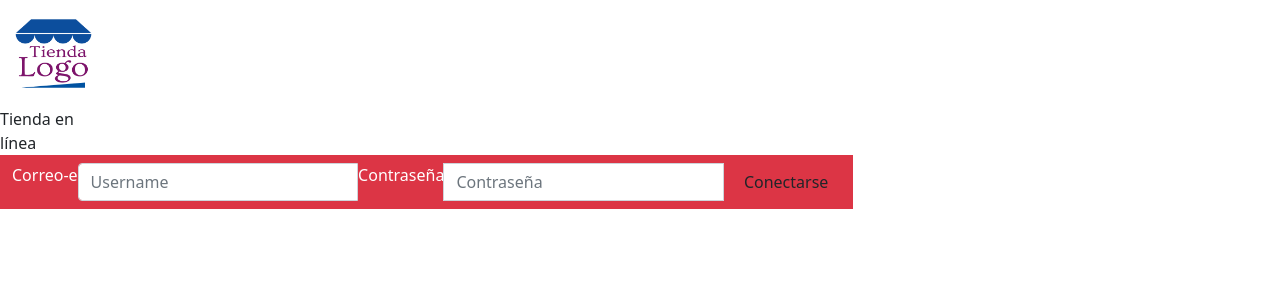
Repository: nicorp00/bootstrapSass
Page: Main/index.html
The author's editor kept a copy of each file at every save. The page is drawn from the files as they stood at one save, then again after the next save.
The browser window is 1280 px wide. The pictures show the whole page.
The style sheet was rebuilt from its Sass, Less or Tailwind sources for each picture, by a compiler version that may differ from the author's.

Above is the page before, as saved 2022-03-25 11:03:12.

### Main/index.html
<!DOCTYPE html>
<html lang="en">
<head>
    <meta charset="UTF-8">
    <meta http-equiv="X-UA-Compatible" content="IE=edge">
    <meta name="viewport" content="width=device-width, initial-scale=1.0">
    <title>Document</title>
    <link rel="stylesheet" href="css/style.css">
    <link rel="stylesheet" href="css/bootstrap.min.css">
</head>
<body>
    <section class="section__top">
        <div class="col-1">
            <img src="img/logo.png" class="img-fluid" alt="...">
            <span>Tienda en línea</span>
        </div>
        <div class="top-nav">
            <nav class="navbar navbar-danger bg-danger col-8">
                <form class="container-fluid">
                  <div class="input-group">
                    <!--<span class="input-group-text" id="basic-addon1">@</span>-->
                    Correo-e<input type="text" class="form-control" placeholder="Username" aria-label="Correo@" aria-describedby="basic-addon1">
                    Contraseña<input class="form-control me-2" type="search" placeholder="Contraseña" aria-label="Search">
                    <button class="btn btn-outline" type="submit">Conectarse</button>
                  </div>
                </form>
              </nav>
        </div>
    </section>
    <script src="js/bootstrap.min.js"></script>
</body>
</html>

### Main/scss/style.scss
@use 'section__top';

### Main/scss/_section__top.scss
.section__top{
    form{
        color: white;
    }
}

Loaded but not shown: Main/css/bootstrap.min.css (library); Main/js/bootstrap.min.js (library)

After the next save:
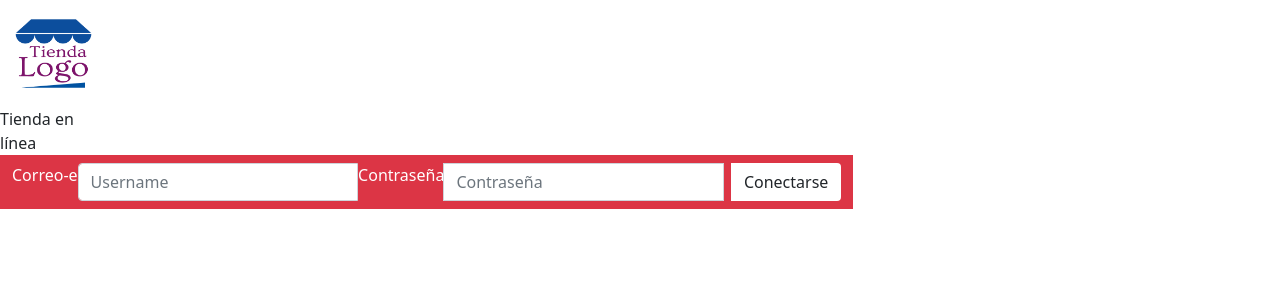
Saved 19 s later.
--- a/Main/scss/_section__top.scss
+++ b/Main/scss/_section__top.scss
@@ -2,4 +2,7 @@
     form{
         color: white;
     }
+    button{
+        background-color: white;
+    }
 }
